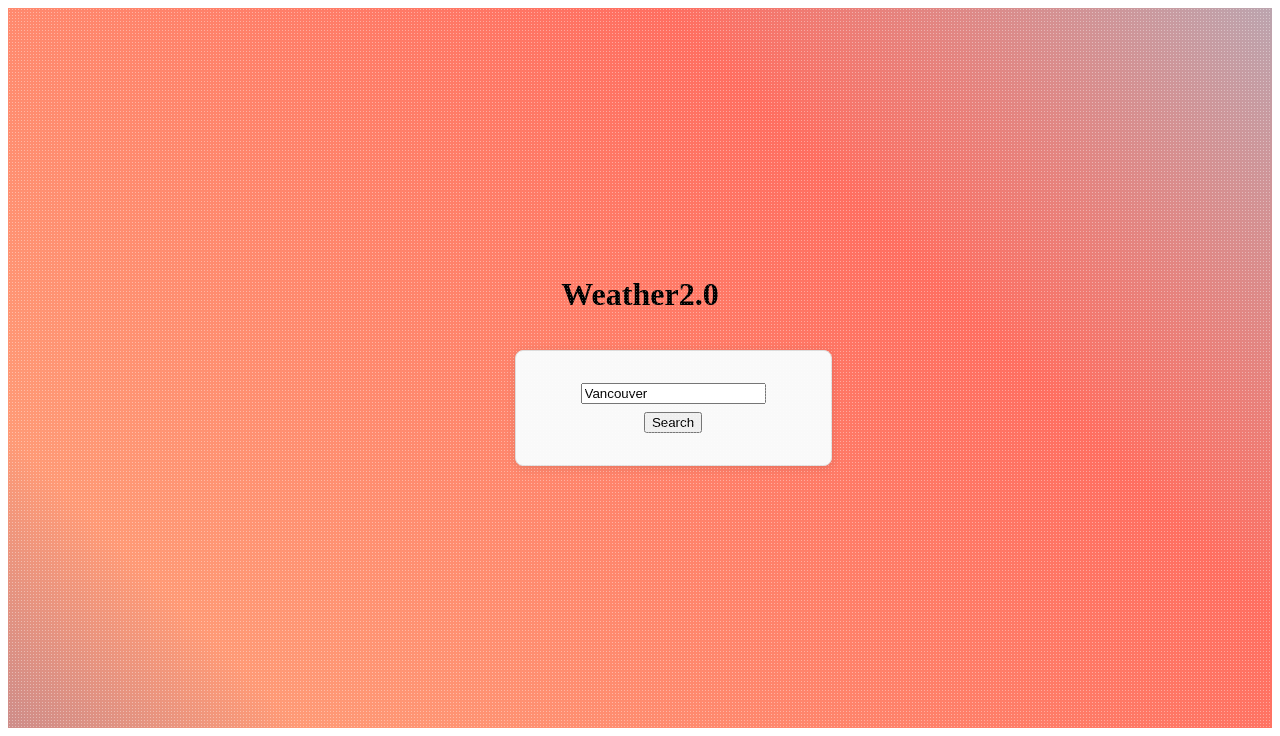
Repository: schwendyjr/COMP3170-Project
Page: /
An editor plug-in stored every save of this project. The page is shown before and after the next save, followed by the edit.
The browser window is 1280 px wide. The pictures show the whole page.
The page's requests for data from a server got no answer. The project was rebuilt for these pictures with package versions that can differ from the ones it lists, and the page was loaded fresh each time. The framework's server and built-in components were replaced by stand-ins that run in the browser. No one was signed in, and anything a server would have sent is missing. Also part of the build but not shown: utils/formatDate.js, components/WeatherCardItem.js, components/Forecast.js.

Above is the page before, as saved 2024-12-03 20:41:08.

After the next save:
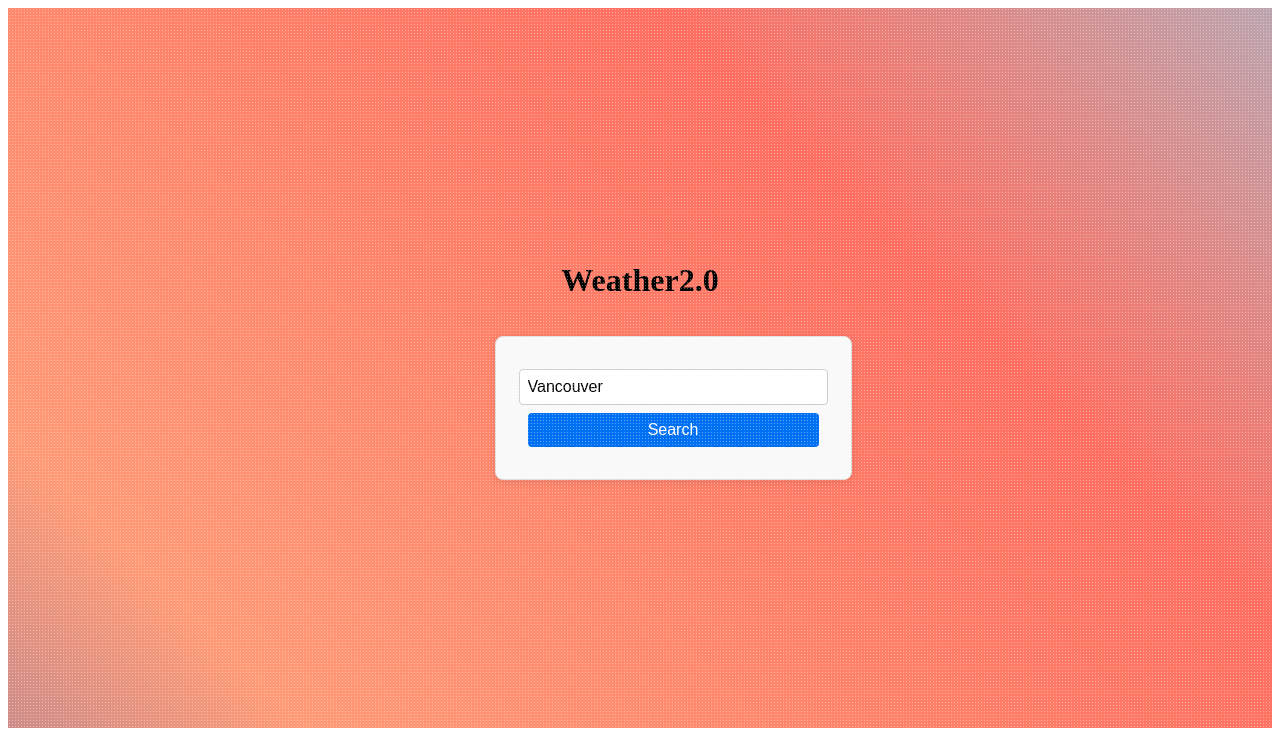
Saved 41 s later.
--- a/styles/Home.module.css
+++ b/styles/Home.module.css
@@ -136,25 +136,26 @@ pointer-events: none;
   background-color: #f9f9f9;
 }
 
-.searchInput {
-  flex: 1;
+.searchForm input {
+  width: 100%; /* Make input fill available space */
   padding: 0.5rem;
+  font-size: 1rem;
   border: 1px solid #ccc;
   border-radius: 4px;
-  font-size: 1rem;
 }
 
-.searchButton {
-  padding: 0.5rem 1rem;
+.searchForm button {
+  width: 100%; /* Make button fill available space */
+  padding: 0.5rem;
+  font-size: 1rem;
   background-color: #0070f3;
   color: white;
   border: none;
   border-radius: 4px;
-  font-size: 1rem;
   cursor: pointer;
   transition: background-color 0.3s ease;
 }
 
-.searchButton:hover {
+.searchForm button:hover {
   background-color: #005bb5;
 }
